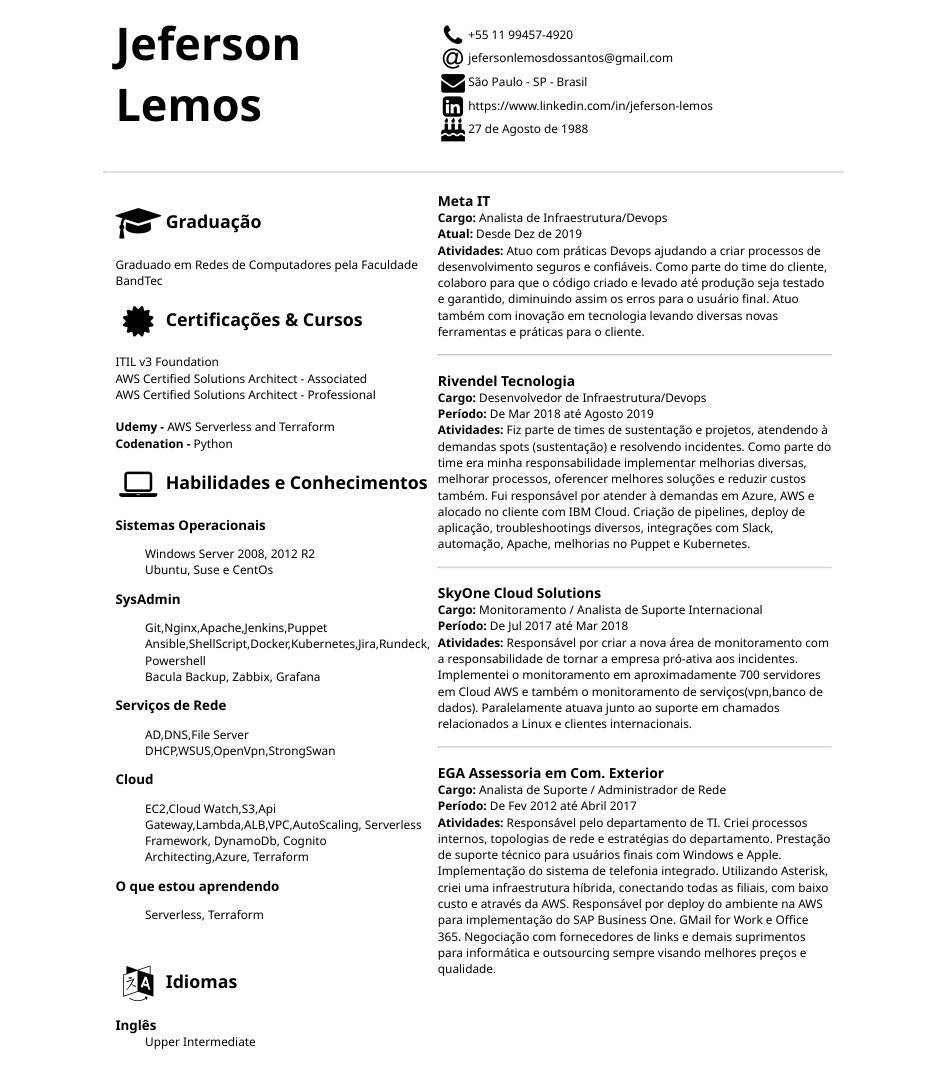
Repository: jefersonlemos/Resume-pt
Page: index.html
An editor plug-in stored every save of this project. The page is shown before and after the next save, followed by the edit.
The browser window is 1280 px wide. The pictures show the whole page, at 74% of full size.

Above is the page before, as saved 2020-06-15 12:07:42.

### index.html
<!DOCTYPE html>

<html lang="en">
<head>
    <meta charset="utf-8" />
    <title>Jeferson Lemos PT</title>
    <link rel="stylesheet" href="./css/normalize.css" type="text/css" />
    <link rel="stylesheet" href="./css/app.css" type="text/css" />
    <link rel="stylesheet" href="./css/font-awesome.min.css" type="text/css" />
</head>
<body>
    <div class="content">
        <header>
            <section>
                <h1>Jeferson <br />Lemos</h1>
            </section>
            <section>
                <ul>
                    <li>
                        <i class="fa fa-fw fa-2x fa-phone"></i>+55 11 99457-4920
                    </li>
                    <li>
                        <i class="fa fa-fw fa-2x fa-at"></i>jefersonlemosdossantos@gmail.com
                    </li>
                    <li>
                        <i class="fa fa-fw fa-2x fa-envelope"></i>São Paulo - SP - Brasil
                    </li>
                    <li>
                        <i class="fa fa-fw fa-2x fa-linkedin-square"></i>https://www.linkedin.com/in/jeferson-lemos
                    </li>
                    <li>
                        <i class="fa fa-fw fa-2x fa-birthday-cake"></i>27 de Agosto de 1988
                    </li>
                </ul>
            </section>
        </header>
        <hr />
        <main>
            <section>
                <article>
                    <h2><i class="fa fa-fw fa-2x fa-graduation-cap"></i> Graduação</h2>
                        Graduado em Redes de Computadores pela Faculdade BandTec

                </article>
                <article>
                    <h2><i class="fa fa-fw fa-2x fa-certificate"></i> Certificações & Cursos</h2>

                        ITIL v3 Foundation </br>
                        AWS Certified Solutions Architect - Associated </br>
                        AWS Certified Solutions Architect - Professional</br>
						</br>

					<b>Udemy - </b>AWS Serverless and Terraform</br>
					<b>Codenation - </b> Python </br>

                </article>
				 <article>
                    <h2><i class="fa fa-fw fa-2x fa-laptop"></i> Habilidades e Conhecimentos</h2>
                    <dl>
                        <dt>Sistemas Operacionais</dt>
                        <dd>
                            <ul>
                                <li>Windows Server 2008, 2012 R2</li>
                                <li>Ubuntu, Suse e CentOs</li>
                            </ul>
                        </dd>
                        <dt>SysAdmin</dt>
                        <dd>
                            <ul>
                                <li>Git,Nginx,Apache,Jenkins,Puppet</li>
                                <li>Ansible,ShellScript,Docker,Kubernetes,Jira,Rundeck, Powershell </li>
                                <li>Bacula Backup, Zabbix, Grafana</li>

                            </ul>
                        </dd>
                        <dt>Serviços de Rede</dt>
                        <dd>
                            <ul>
                                <li>AD,DNS,File Server DHCP,WSUS,OpenVpn,StrongSwan</li>
                            </ul>
                        </dd>
                        <dt>Cloud</dt>
                        <dd>
                            <ul>
                                <li>EC2,Cloud Watch,S3,Api Gateway,Lambda,ALB,VPC,AutoScaling, Serverless Framework, DynamoDb, Cognito</li>
                                <li>Architecting,Azure, Terraform </li>
                            </ul>
                        </dd>
                        <dt>O que estou aprendendo</dt>
                        <dd>
                            <ul>
                                <li>Serverless, Terraform</li>
                            </ul>
                        </dd>
                    </dl>
                </article>
                <br />
                <article>
                    <h2><i class="fa fa-fw fa-2x fa-language"></i> Idiomas</h2>
                    <dl>
                        <dt>Inglês</dt>
                        <dd>Upper Intermediate</dd>
                    </dl>
                </article>
            </section>
            <section>
                <article>
                    <h3>Meta IT</h3>
                    <strong>Cargo:</strong> Analista de Infraestrutura/Devops <br />
                    <strong>Atual:</strong> Desde Dez de 2019<br />
                    <strong>Atividades:</strong> Atuo com práticas Devops ajudando a criar processos de desenvolvimento seguros e confiáveis. Como parte do time do cliente,
                     colaboro para que o código criado e levado até produção seja testado e garantido, diminuindo assim os erros para o usuário final.
                     Atuo também com inovação em tecnologia levando diversas novas ferramentas e práticas para o cliente.
                    <hr />
					<h3>Rivendel Tecnologia</h3>
                    <strong>Cargo:</strong> Desenvolvedor de Infraestrutura/Devops <br />
                    <strong>Período:</strong> De Mar 2018 até Agosto 2019<br />
                    <strong>Atividades:</strong> Fiz parte de times de sustentação e projetos, atendendo à demandas spots (sustentação) e resolvendo incidentes.
                    Como parte do time era minha responsabilidade implementar melhorias diversas, melhorar processos, oferencer melhores soluções e reduzir custos também.
                    Fui responsável por atender à demandas em Azure, AWS e alocado no cliente com IBM Cloud. Criação de pipelines, deploy de aplicação, troubleshootings diversos,
                     integrações com Slack, automação, Apache, melhorias no Puppet e Kubernetes.
                    <hr />
		            <h3>SkyOne Cloud Solutions</h3>
                    <strong>Cargo:</strong> Monitoramento / Analista de Suporte Internacional <br />
                    <strong>Período:</strong> De Jul 2017 até Mar 2018<br />
                    <strong>Atividades:</strong> Responsável por criar a nova área de monitoramento com a responsabilidade de tornar a empresa pró-ativa aos incidentes.
                    Implementei o monitoramento em aproximadamente 700 servidores em Cloud AWS e também o monitoramento de serviços(vpn,banco de dados).
			        Paralelamente atuava junto ao suporte em chamados relacionados a Linux e clientes internacionais.
                    <hr />
                    <h3>EGA Assessoria em Com. Exterior</h3>
                    <strong>Cargo:</strong> Analista de Suporte / Administrador de Rede  <br />
                    <strong>Período:</strong> De Fev 2012 até Abril 2017<br />
                    <strong>Atividades:</strong> Responsável pelo departamento de TI. Criei processos internos, topologias de rede e estratégias do departamento.
                    Prestação de suporte técnico para usuários finais com Windows e Apple. Implementação do sistema de telefonia integrado. Utilizando Asterisk,
                    criei uma infraestrutura híbrida, conectando todas as filiais, com baixo custo e através da AWS. Responsável por deploy do ambiente na AWS para
                    implementação do SAP Business One. GMail for Work e Office 365. Negociação com fornecedores de links e demais suprimentos para informática e outsourcing
                    sempre visando melhores preços e qualidade.
                    <!-- <hr />
                    <h3>Kosmos Tecnologia</h3>
                    <strong>Cargo:</strong> Empreendedor<br />
                    <strong>Período:</strong> De Nov 2009 até Fev 2012<br />
                    <strong>Atividades:</strong> Eu fui um empreendedor e fui responsável por prover suporte técnico (hardware e software) para os clientes.
                    Fui também responsável por procurar novos clientes.
                    Prestei consultoria para pequenas empresas montando novos escritórios, criando websites, politicas de rede, backups e melhorias na rede.
                    Migrei um grande site chamado famosidades.com.br de um pequeno hosting para um hosting maior e mais seguro, migrei de Windows para Linux.
                    <hr /> -->
                   <!-- <h3>Stefanini IT Solutions</h3>
                    <strong>Cargo:</strong> Analista de Suporte I & II<br />
                    <strong>Periodo:</strong> De Nov 2008 até Nov 2009<br />
                    <strong>Atividades :</strong> Meu primeiro emprego, eu prestei suporte técnico em início de carreira. Participei de um projeto de migração de
                    1000 hosts de um domínio Windows 2003 para um novo domínio WIndows 2008.
                    <hr />-->
                </article>
            </section>
        </main>
        <footer>

        </footer>
    </div>
</body>
</html>

### css/app.css
body {
    font-family: 'Segoe UI', sans-serif;
}

.content {
    width: 1000px;
    margin: 0 auto;
}

header,
main {
    display: flex;
    padding: 1rem;
}

    header section,
    main section {
        -ms-flex: 1;
        flex: 1;
    }
    header section:first-child,
    main section:first-child {
        max-width: 45%;
    }

header h1 {
    font-size: 3.8rem;
    margin: 0;
}
main h3 {
    margin: 0;
}
main hr {
    margin: 20px 0;
}
header .fa,
main .fa {
    vertical-align: middle;
}
ul {
    list-style: none;
    padding: 0;
}

dt {
    font-weight: bold;
    font-size: 18px;
}

Loaded but not shown: css/normalize.css (library); css/font-awesome.min.css (library)

After the next save:
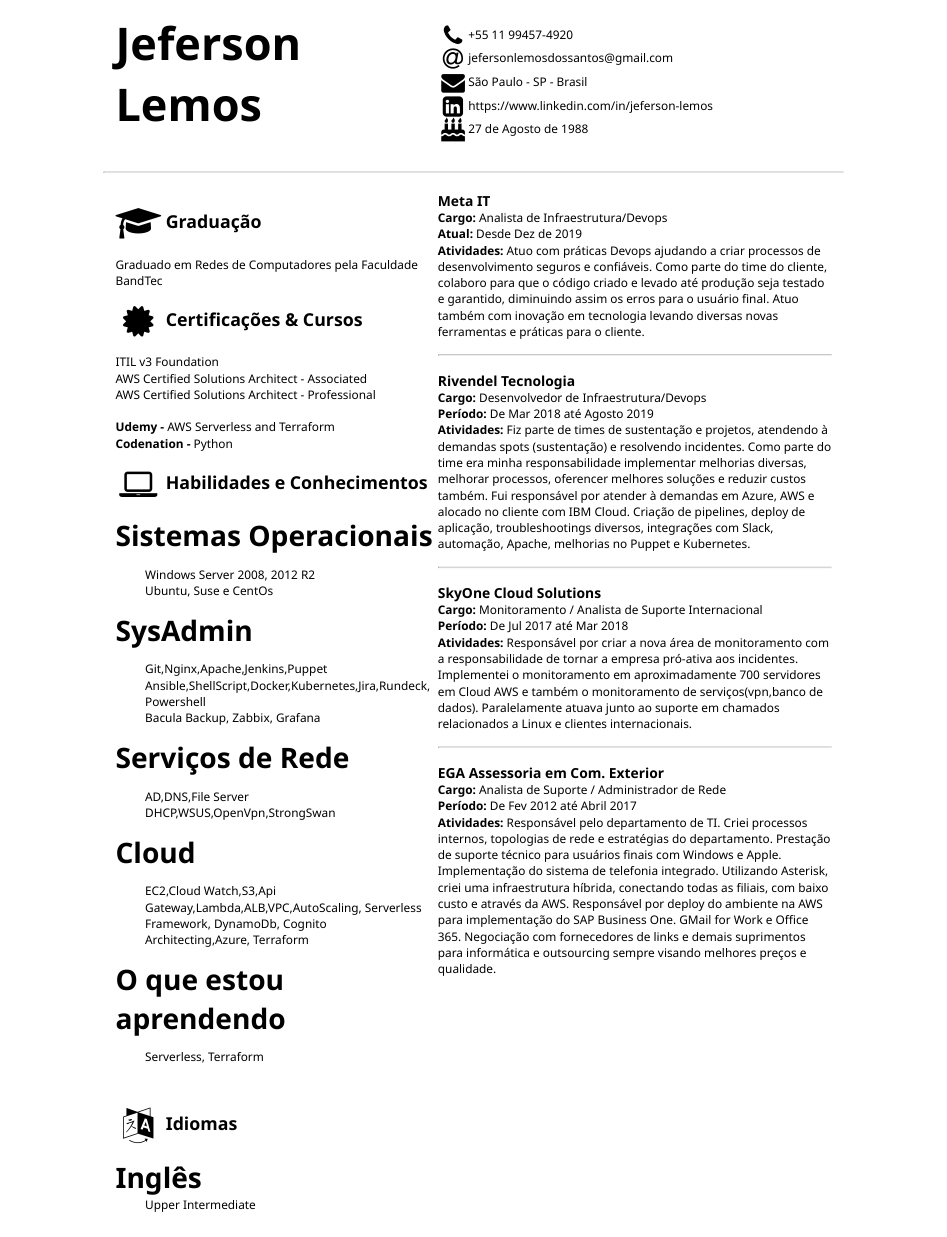
Saved 8 s later.
--- a/css/app.css
+++ b/css/app.css
@@ -44,5 +44,5 @@ ul {
 
 dt {
     font-weight: bold;
-    font-size: 18px;
+    font-size: 38px;
 }
